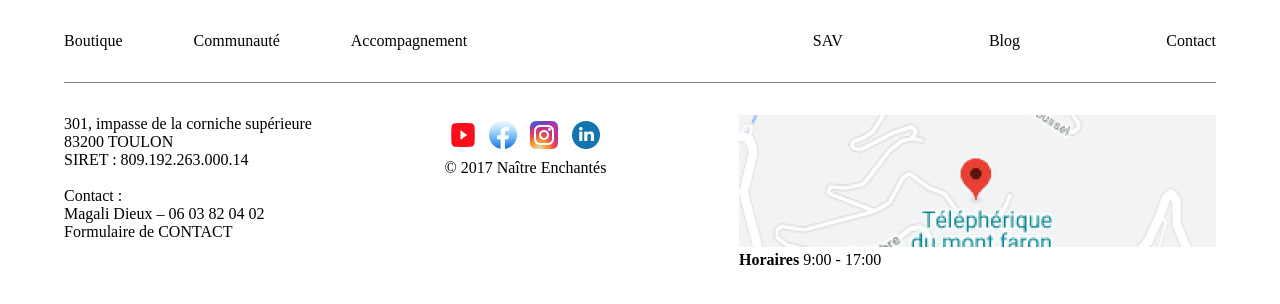
Repository: Khadija-Asa/naitre-enchantes
Page: footer.html
These files come from the project's save history. The page is drawn as it stood at one moment and after the next save; the edit follows.
The browser window is 1280 px wide. The pictures show the whole page.

Above is the page before, as saved 2020-11-24 23:15:12.

After the next save:
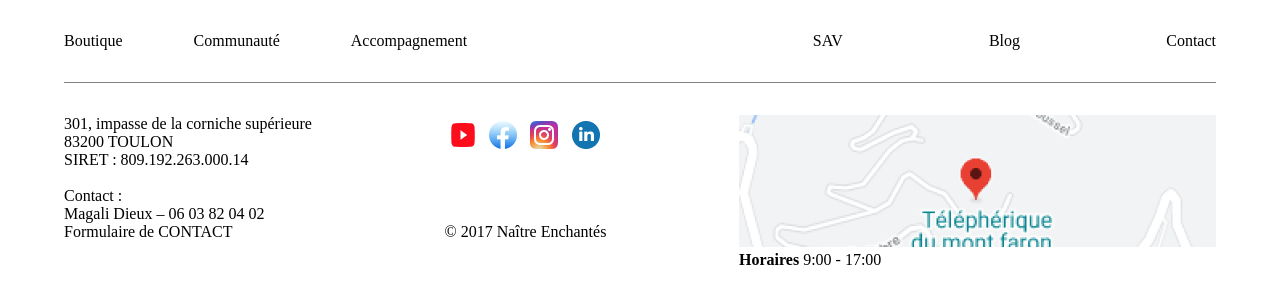
Saved 5 s later.
--- a/footer.css
+++ b/footer.css
@@ -37,7 +37,7 @@
     justify-content: space-around;
     flex-wrap: wrap;
     align-items: center;
-    margin-bottom: ;
+    margin-bottom: 4em;
 }
 .footer_bottom li a {
     color: black;

After the 5 saves that followed:
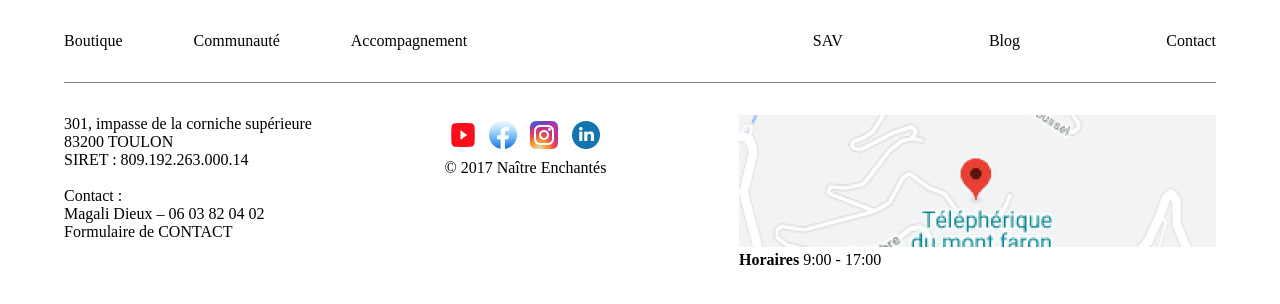
The 5 saves are shown as one change because they came seconds apart.
The last was saved 2 min 12 s later.
--- a/footer.css
+++ b/footer.css
@@ -37,7 +37,7 @@
     justify-content: space-around;
     flex-wrap: wrap;
     align-items: center;
-    margin-bottom: 4em;
+    margin-bottom: 1.5em auto 4em;
 }
 .footer_bottom li a {
     color: black;
